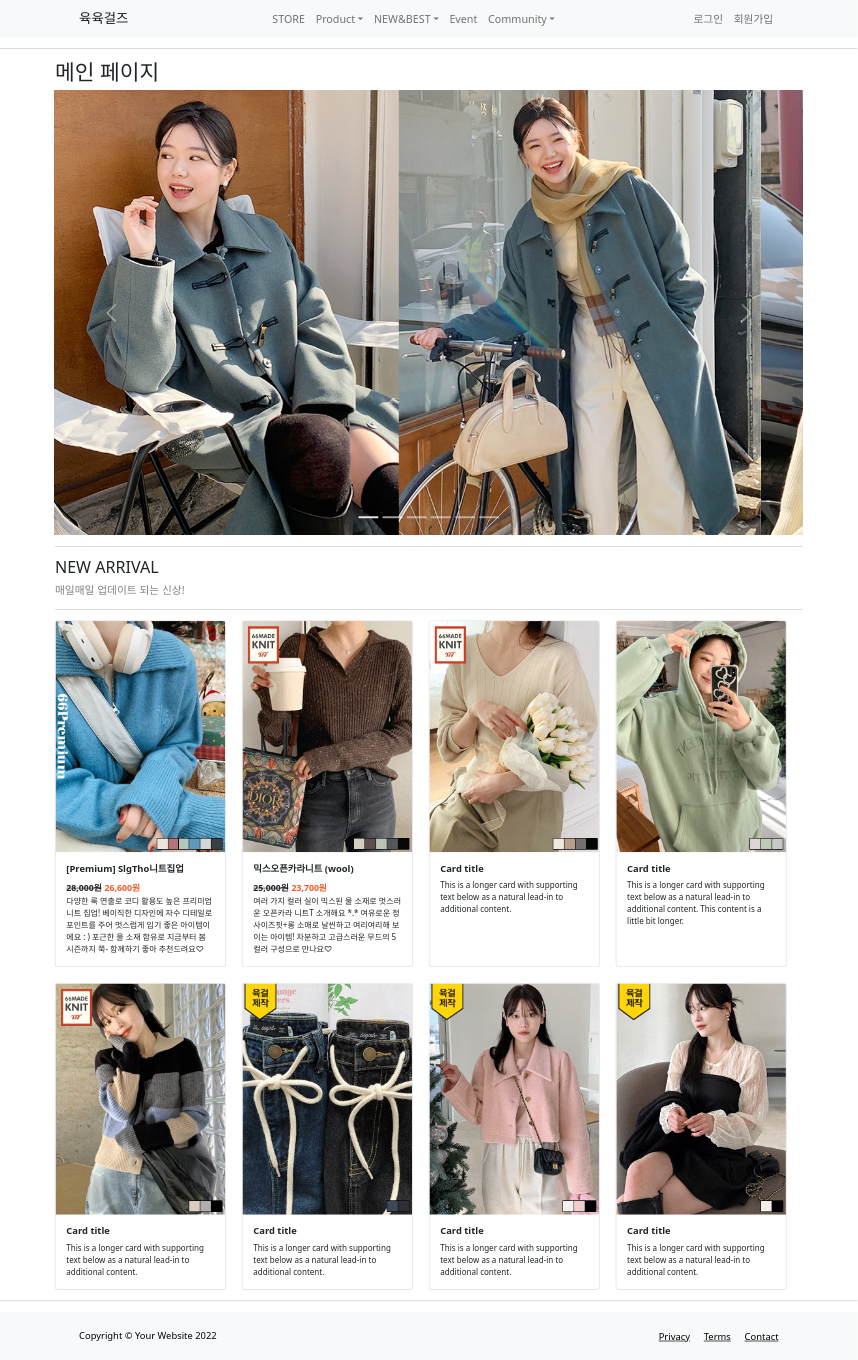
Repository: kyeonj/pro05
Page: http://localhost/index
These files come from the project's save history. The page is drawn as it stood at one moment and after the next save; the edit follows.
The browser window is 1280 px wide. The pictures show the whole page, at 67% of full size.
The page is this project's Thymeleaf template; nobody is signed in. The template is opened directly, without the code that normally fills it, so the values that code supplies are empty.

Above is the page before, as saved 2022-12-20 02:38:45.

### myapp/src/main/resources/templates/index.html
<!DOCTYPE html>
<html lang="ko" xmlns="http://www.w3.org/1999/xhtml"
 xmlns:th="http://www.thymeleaf.org"
 xmlns:layout="http://www.ultraq.net.nz/thymeleaf/layout">
<head>
	<title>메인 페이지</title>
	<th:block th:insert="common/head"></th:block>
</head>
<body>
<div class="fluid-container">
	<th:block th:insert="common/header"></th:block>
	<div class="container">
	<h2>메인 페이지</h2>
	<div id="carouselExampleIndicators" class="carousel slide" data-bs-ride="carousel">
	  <div class="carousel-indicators">
	    <button type="button" data-bs-target="#carouselExampleIndicators" data-bs-slide-to="0" class="active" aria-current="true" aria-label="Slide 1"></button>
	    <button type="button" data-bs-target="#carouselExampleIndicators" data-bs-slide-to="1" aria-label="Slide 2"></button>
	    <button type="button" data-bs-target="#carouselExampleIndicators" data-bs-slide-to="2" aria-label="Slide 3"></button>
	    <button type="button" data-bs-target="#carouselExampleIndicators" data-bs-slide-to="3" aria-label="Slide 4"></button>
	    <button type="button" data-bs-target="#carouselExampleIndicators" data-bs-slide-to="4" aria-label="Slide 5"></button>
	    <button type="button" data-bs-target="#carouselExampleIndicators" data-bs-slide-to="5" aria-label="Slide 6"></button>
	  </div>
	  <div class="carousel-inner">
	    <div class="carousel-item active">
	      <img src="theme/img/main1.jpg" class="d-block w-100" alt="...">
	    </div>
	    <div class="carousel-item">
	      <img src="theme/img/main2.jpg" class="d-block w-100" alt="...">
	    </div>
	    <div class="carousel-item">
	      <img src="theme/img/main3.jpg" class="d-block w-100" alt="...">
	    </div>
	    <div class="carousel-item">
	      <img src="theme/img/main4.jpg" class="d-block w-100" alt="...">
	    </div>
	    <div class="carousel-item">
	      <img src="theme/img/main5.jpg" class="d-block w-100" alt="...">
	    </div>
	    <div class="carousel-item">
	      <img src="theme/img/main6.jpg" class="d-block w-100" alt="...">
	    </div>
	  </div>
	  <button class="carousel-control-prev" type="button" data-bs-target="#carouselExampleIndicators" data-bs-slide="prev">
	    <span class="carousel-control-prev-icon" aria-hidden="true"></span>
	    <span class="visually-hidden">Previous</span>
	  </button>
	  <button class="carousel-control-next" type="button" data-bs-target="#carouselExampleIndicators" data-bs-slide="next">
	    <span class="carousel-control-next-icon" aria-hidden="true"></span>
	    <span class="visually-hidden">Next</span>
	  </button>
	</div>
	<hr>
	<h4>NEW ARRIVAL</h4>
	<span style="color: gray;">매일매일 업데이트 되는 신상!</span>
	<hr>
	<div class="row row-cols-1 row-cols-md-4 g-4" style="width: 100%;" >
	  <div class="col">
	    <div class="card h-100" >
	      <img src="theme/img/new1.gif" class="card-img-top" alt="...">
	      <div class="card-body">
	        <h5 class="card-title">[Premium] SlgTho니트집업</h5>
	        <span class="card-text1" style="text-decoration: line-through;">28,000원</span>
	        <span class="card-text2">26,600원</span>
	        <p class="card-text" >다양한 룩 연출로 코디 활용도 높은 프리미엄 니트 집업! 베이직한 디자인에 자수 디테일로 포인트를 주어 멋스럽게 입기 좋은 아이템이에요 : ) 포근한 울 소재 함유로 지금부터 봄 시즌까지 쭉- 함께하기 좋아 추천드려요♡</p>
	      </div>
	    </div>
	  </div>
	  <div class="col">
	    <div class="card h-100">
	      <img src="theme/img/new2.gif" class="card-img-top" alt="...">
	      <div class="card-body">
	        <h5 class="card-title">믹스오픈카라니트 (wool)</h5>
	        <span class="card-text1" style="text-decoration: line-through;">25,000원</span>
	        <span class="card-text2">23,700원</span>
	        <p class="card-text">여러 가지 컬러 실이 믹스된 울 소재로 멋스러운 오픈카라 니트T 소개해요 *.* 여유로운 정사이즈핏+롱 소매로 날씬하고 여리여리해 보이는 아이템! 차분하고 고급스러운 무드의 5컬러 구성으로 만나요♡</p>
	      </div>
	    </div>
	  </div>
	  <div class="col">
	    <div class="card h-100">
	      <img src="theme/img/new3.gif" class="card-img-top" alt="...">
	      <div class="card-body">
	        <h5 class="card-title">Card title</h5>
	        <p class="card-text">This is a longer card with supporting text below as a natural lead-in to additional content.</p>
	      </div>
	    </div>
	  </div>
	  <div class="col">
	    <div class="card h-100">
	      <img src="theme/img/new4.gif" class="card-img-top" alt="...">
	      <div class="card-body">
	        <h5 class="card-title">Card title</h5>
	        <p class="card-text">This is a longer card with supporting text below as a natural lead-in to additional content. This content is a little bit longer.</p>
	      </div>
	    </div>
	  </div>
	  <div class="col">
	    <div class="card h-100">
	      <img src="theme/img/new5.gif" class="card-img-top" alt="...">
	      <div class="card-body">
	        <h5 class="card-title">Card title</h5>
	        <p class="card-text">This is a longer card with supporting text below as a natural lead-in to additional content.</p>
	      </div>
	    </div>
	  </div>
	  <div class="col">
	    <div class="card h-100">
	      <img src="theme/img/new6.gif" class="card-img-top" alt="...">
	      <div class="card-body">
	        <h5 class="card-title">Card title</h5>
	        <p class="card-text">This is a longer card with supporting text below as a natural lead-in to additional content.</p>
	      </div>
	    </div>
	  </div>
	  <div class="col">
	    <div class="card h-100">
	      <img src="theme/img/new7.gif" class="card-img-top" alt="...">
	      <div class="card-body">
	        <h5 class="card-title">Card title</h5>
	        <p class="card-text">This is a longer card with supporting text below as a natural lead-in to additional content.</p>
	      </div>
	    </div>
	  </div>
	  <div class="col">
	    <div class="card h-100">
	      <img src="theme/img/new8.gif" class="card-img-top" alt="...">
	      <div class="card-body">
	        <h5 class="card-title">Card title</h5>
	        <p class="card-text">This is a longer card with supporting text below as a natural lead-in to additional content.</p>
	      </div>
	    </div>
	  </div>
	</div>
</div>
<th:block th:insert="common/footer"></th:block>
</div>
</body>
</html>

### myapp/src/main/resources/templates/common/head.html
<meta charset="UTF-8">
<meta http-equiv="X-UA-Compatible" content="IE=edge">
<meta name="viewport" content="width=device-width, initial-scale=1.0">
<script src="https://code.jquery.com/jquery-latest.js"></script>
<link href="https://cdn.jsdelivr.net/npm/bootstrap-icons@1.5.0/font/bootstrap-icons.css" rel="stylesheet">
<link href="/theme/css/styles.css" rel="stylesheet">
<script src="https://cdn.jsdelivr.net/npm/bootstrap@5.1.3/dist/js/bootstrap.bundle.min.js"></script>
<script src="/theme/js/scripts.js"></script>
<style>
@media all and (min-width: 960px) {
	.navbar .nav-item .dropdown-menu{ display: none; }
	.navbar .nav-item:hover .dropdown-menu{ display: block; }
	.navbar .nav-item .dropdown-menu { margin-top:0; }
}
.card-title {font-size: 14px; font-weight: bold;}
.card-text {font-size: 12px;}
.card-text1 {font-size: 13px; font-weight: bold; text-decoration: line-through;}
.card-text2 {font-size: 13px; font-weight: bold; color: #f15b24; margin-bottom: 5px;}
</style>

### myapp/src/main/resources/templates/common/header.html
<!DOCTYPE html>
<html lang="en" xmlns:th="http://www.w3.org/1999/xhtml" xmlns:sec="http://www.thymeleaf.org/extras/spring-security">
<header id="header">
	<nav class="navbar navbar-expand-lg navbar-light bg-light">
        <div class="container px-5">
            <a class="navbar-brand" href="/">육육걸즈</a>
            <button class="navbar-toggler" type="button" data-bs-toggle="collapse" data-bs-target="#navbarSupportedContent" aria-controls="navbarSupportedContent" aria-expanded="false" aria-label="Toggle navigation"><span class="navbar-toggler-icon"></span></button>
            <div class="collapse navbar-collapse" id="navbarSupportedContent">
                <ul class="navbar-nav ms-auto mb-2 mb-lg-0">
                    <li class="nav-item"><a class="nav-link" href="index.html">STORE</a></li>
                    <li class="nav-item dropdown">
                    	<a class="nav-link dropdown-toggle" href="#" data-bs-toggle="dropdown">Product</a>
                        <ul class="dropdown-menu">
                            <li><a class="dropdown-item" href="@{/product/detail(cate='A')}">A Category</a></li>
                            <li><a class="dropdown-item" href="@{/product/detail(cate='B')}">B Category</a></li>
                            <li><a class="dropdown-item" href="@{/product/detail(cate='C')}">C Category</a></li>
                        </ul>
                    </li>
                    <li class="nav-item dropdown">
                    	<a class="nav-link dropdown-toggle" href="#" data-bs-toggle="dropdown">NEW&BEST</a>
                        <ul class="dropdown-menu">
                            <li><a class="dropdown-item" href="@{/product/detail(sel='new')}">NEW</a></li>
                            <li><a class="dropdown-item" href="@{/product/detail(sel='best')}">BEST</a></li>
                            <li><a class="dropdown-item" href="@{/product/detail(sel='hot')}">HOT</a></li>
                        </ul>
                    </li>
                    <li class="nav-item"><a class="nav-link" href="event.html">Event</a></li>
                    <li class="nav-item dropdown">
                        <a class="nav-link dropdown-toggle" href="#" data-bs-toggle="dropdown">Community</a>
                        <ul class="dropdown-menu">
                            <li><a class="dropdown-item" href="@{/board/list}">Notice</a></li>
                            <li><a class="dropdown-item" href="@{/qna/list}">QnA</a></li>
                            <li><a class="dropdown-item" href="@{/review/list}">Review</a></li>
                        </ul>
                    </li>
                </ul>
            </div>
			<div th:fragment="tnb" id="tnb" class="collapse navbar-collapse">
				<ul class="navbar-nav ms-auto mb-2 mb-lg-0">
			    	<li class="nav-item"><a class="nav-link" sec:authorize="isAnonymous()" th:href="@{/member/login}">로그인</a></li>
				    <li class="nav-item"><a class="nav-link" sec:authorize="isAuthenticated()" th:href="@{/member/logout}">로그아웃</a></li>
				    <li class="nav-item"><a class="nav-link" sec:authorize="isAnonymous()" th:href="@{/member/signUp}">회원가입</a></li>
				    <li class="nav-item"><a class="nav-link" sec:authorize="isAuthenticated()" th:href="@{/member/info}">내정보</a></li>
				    <li class="nav-item"><a class="nav-link" sec:authorize="hasRole('ADMIN')" th:href="@{/member/admin}">어드민</a></li>
				</ul>
			</div>
        </div>
    </nav>
</header>
<hr>

### myapp/src/main/resources/templates/common/footer.html
<!DOCTYPE html>
<html xmlns:th="http://www.thymeleaf.org"
 xmlns:layout="http://www.ultraq.net.nz/thymeleaf/layout">
<hr>
<footer id="footer" class="bg-light py-4 mt-auto">
	<div class="container px-5">
        <div class="row align-items-center justify-content-between flex-column flex-sm-row">
            <div class="col-auto"><div class="small m-0 text-black">Copyright © Your Website 2022</div></div>
            <div class="col-auto">
                <a class="link-light small text-black" href="#!">Privacy</a>
                <span class="text-white mx-1">·</span>
                <a class="link-light small text-black" href="#!">Terms</a>
                <span class="text-white mx-1">·</span>
                <a class="link-light small text-black" href="#!">Contact</a>
            </div>
        </div>
    </div>
</footer>

Loaded but not shown: myapp/src/main/resources/static/theme/css/styles.css (library); myapp/src/main/resources/static/theme/js/scripts.js (common file)

After the next save:
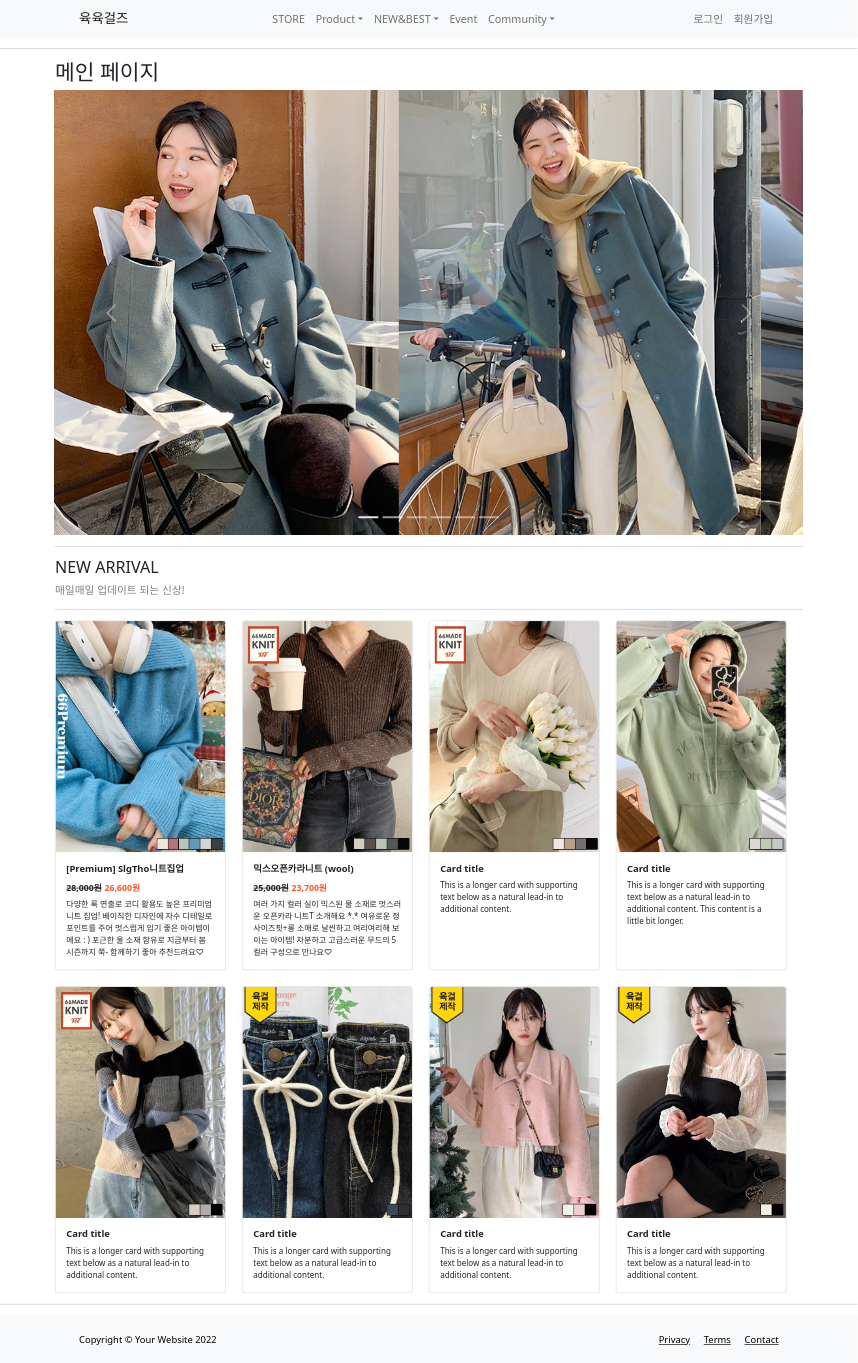
Saved 40 s later.
--- a/myapp/src/main/resources/templates/common/head.html
+++ b/myapp/src/main/resources/templates/common/head.html
@@ -13,7 +13,7 @@
 	.navbar .nav-item .dropdown-menu { margin-top:0; }
 }
 .card-title {font-size: 14px; font-weight: bold;}
-.card-text {font-size: 12px;}
+.card-text {font-size: 12px; margin-top: 5px;}
 .card-text1 {font-size: 13px; font-weight: bold; text-decoration: line-through;}
-.card-text2 {font-size: 13px; font-weight: bold; color: #f15b24; margin-bottom: 5px;}
+.card-text2 {font-size: 13px; font-weight: bold; color: #f15b24;}
 </style>
